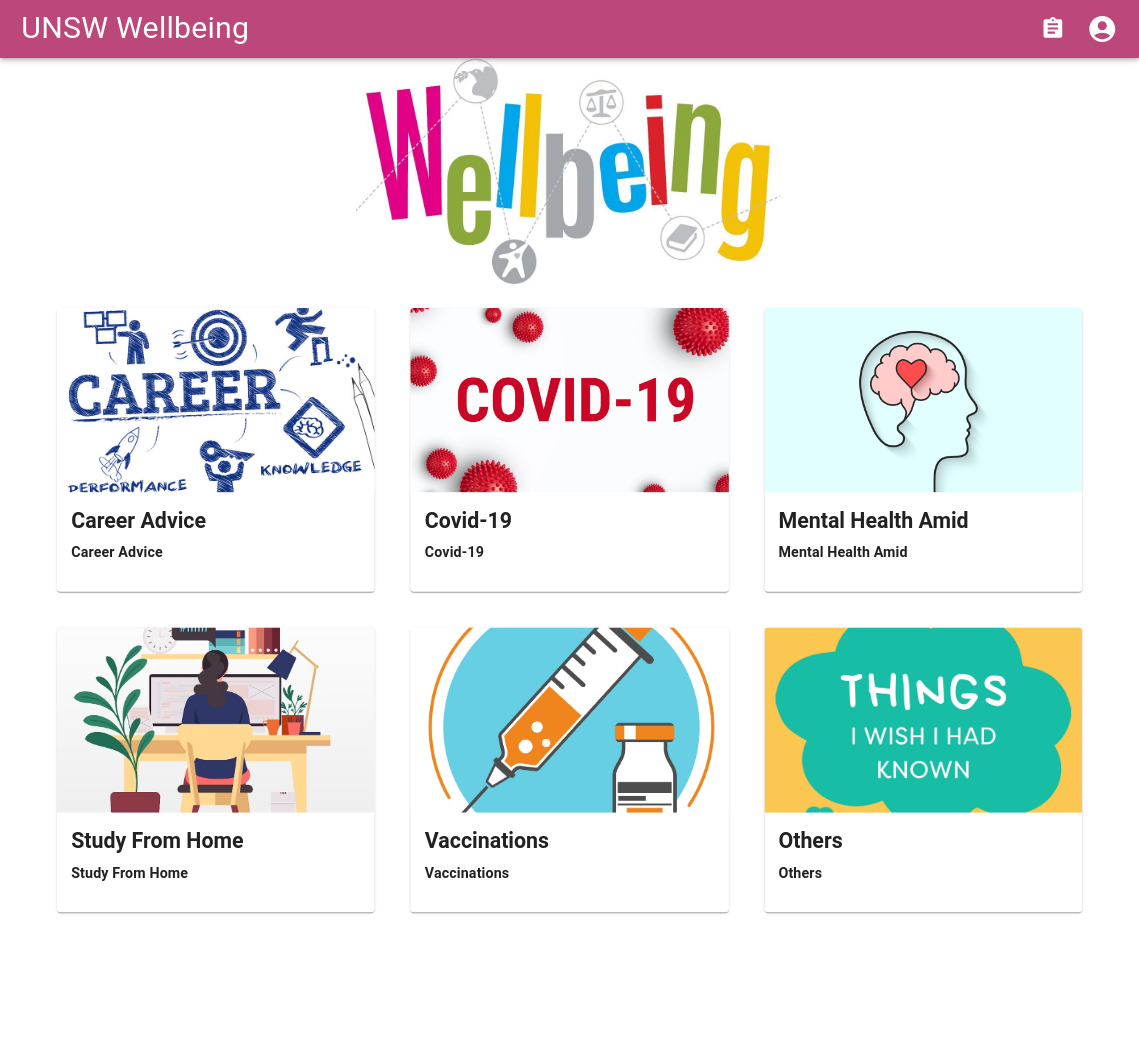
Repository: lplsz/Visionaries
Page: /student_main (app in frontend/)
An editor plug-in stored every save of this project. The page is shown before and after the next save, followed by the edit.
The browser window is 1280 px wide. The pictures show the whole page, at 89% of full size.
The project was rebuilt for these pictures with package versions that can differ from the ones it lists, and the page was loaded fresh each time. Also part of the build but not shown: frontend/src/Main.jsx, frontend/src/component/HomeCard.jsx, frontend/src/page/StudentLogin.jsx, frontend/src/page/ExpertLogin.jsx, frontend/src/page/StudentRegister.jsx, frontend/src/page/ExpertRegister.jsx.

Above is the page before, as saved 2022-06-29 01:28:57.

### frontend/src/App.jsx
import React from 'react';
import {
  BrowserRouter,
  Routes,
  Route
} from 'react-router-dom';

import HomePage from './page/HomePage.jsx';
import StudentMain from './page/StudentMain';
import ExpertMain from './page/ExpertMain';
import StudentProfile from './page/StudentProfile';
import ExpertProfile from './page/ExpertProfile';
import StudentLogin from './page/StudentLogin';
import ExpertLogin from './page/ExpertLogin.jsx';
import StudentRegister from './page/StudentRegister.jsx';
import ExpertRegister from './page/ExpertRegister.jsx';
import StudentQAList from './page/StudentQAList.jsx';

function App () {
  return (
    <BrowserRouter>
      <Routes>
        <Route path="/" element={<HomePage />} />
        <Route path="/student_register" element={<StudentRegister />} />
        <Route path="/student_login" element={<StudentLogin />} />
        <Route path="/contributor_register" element={<ExpertRegister />} />
        <Route path="/contributor_login" element={<ExpertLogin />} />
        <Route path="/student_main" element={<StudentMain />} />
        <Route path="/expert_main" element={<ExpertMain />} />
        <Route path="/student_profile" element={<StudentProfile />} />
        <Route path="/expert_profile" element={<ExpertProfile />} />
        <Route path="/student_QA_list" element={<StudentQAList />} />
      </Routes>
    </BrowserRouter>
  );
}

export default App;

### frontend/src/page/HomePage.jsx
/* eslint-disable no-unused-vars */
import React from 'react';
import CssBaseline from '@mui/material/CssBaseline';
import Grid from '@mui/material/Grid';
import Typography from '@mui/material/Typography';
import GlobalStyles from '@mui/material/GlobalStyles';
import Container from '@mui/material/Container';
import { useNavigate } from 'react-router-dom';
import { Copyright } from '../Main';
import HomeCard from '../component/HomeCard';
import LoginIcon from '@mui/icons-material/Login';
import AssignmentIndIcon from '@mui/icons-material/AssignmentInd';
import background from './img/background.jpg'

const tiers = [
  {
    icon: <LoginIcon fontSize="large" color="success"/>,
    title: 'Student',
    buttonText1: 'Sign up your account',
    buttonText2: 'Register for free',
    buttonVariant: 'outlined',
    navigator1: '/student_login',
    navigator2: '/student_register'
  },
  {
    icon: <AssignmentIndIcon fontSize="large" color="secondary"/>,
    title: 'Expert',
    buttonText1: 'Sign up your account',
    buttonText2: 'Register for free',
    buttonVariant: 'outlined',
    navigator1: '/Expert_login',
    navigator2: '/Expert_register'
  },
];

function HomePage () {
  const navigate = useNavigate();
  return (
    <div style = {{backgroundImage: `url(${background})`, backgroundSize: '100% 100%'}}>
      <GlobalStyles styles={{ ul: { margin: 0, padding: 0, listStyle: 'none' } }} />
      <CssBaseline />
      <Container disableGutters maxWidth="sm" component="main" sx={{ pt: 8, pb: 6 }}>
        <Typography
          component="h1"
          variant="h1"
          align="center"
          color="white"
          gutterBottom
        >
          Welcome to Visionaries!
        </Typography>
      </Container>
      <Container maxWidth="md" component="main">
        <Grid container spacing={5} alignItems="flex-end">
          {tiers.map((tier, index) => <HomeCard key={index} tier={tier} navigate={navigate} />)}
        </Grid>
      </Container>

      <Container
        maxWidth="md"
        component="footer"
        sx={{
          mt: 8,
          py: [3, 6],
        }}
      >
      </Container>
    </div>
  );
}

export default HomePage;

### frontend/src/page/StudentMain.jsx
/* eslint-disable no-unused-vars */
import * as React from 'react';
import CssBaseline from '@mui/material/CssBaseline';
import Container from '@mui/material/Container';
import Typography from '@mui/material/Typography';
import Grid from '@mui/material/Grid';
import StudentHeader from '../component/StudentHeader';
import GlobalStyles from '@mui/material/GlobalStyles';
import { useNavigate } from 'react-router-dom';
import QACard from '../component/QACard';
import CareerAdvice from './img/career_advice.jpg';
import COVID19 from './img/covid-19.jpg';
import MentalHealth from './img/mental_health_amid.jpg';
import Others from './img/others.jpg';
import StudyFromHome from './img/study_from_home.jpg';
import Vaccinations from './img/vaccinations.jpg';
import WellBeing from '../component/img/well-being.jpg';

const categories = [
    {
        id: 0,
        category_name: 'Career Advice',
        category_image_url: CareerAdvice,
        category_description: 'Career Advice',
    },
    {
        id: 1,
        category_name: 'Covid-19',
        category_image_url: COVID19,
        category_description: 'Covid-19',
    },
    {
        id: 2,
        category_name: 'Mental Health Amid',
        category_image_url: MentalHealth,
        category_description: 'Mental Health Amid',
    },
    {
        id: 3,
        category_name: 'Study From Home',
        category_image_url: StudyFromHome,
        category_description: 'Study From Home',
    },
    {
        id: 4,
        category_name: 'Vaccinations',
        category_image_url: Vaccinations,
        category_description: 'Vaccinations',
    },
    {
        id: 5,
        category_name: 'Others',
        category_image_url: Others,
        category_description: 'Others',
    },
];

const StudentMain = () => {

    const navigate = useNavigate();

    const CategoryCard = () => {
        const cards = categories.map((c, i) => {
            const cProp = {
                id: c.id,
                category_name: c.category_name,
                category_image_url: c.category_image_url,
                category_description: c.category_description,
                key: i
            };
            return (
                <QACard category={cProp} key={i}></QACard>
            )
        });
        return (
            <Grid container spacing={5}>
                {cards}
            </Grid>
        )
    }

    return (
        <div style = {{backgroundSize: '100% 100%'}}>
            <GlobalStyles styles={{ ul: { margin: 0, padding: 0, listStyle: 'none' } }} />
            <CssBaseline />
            <StudentHeader />
            <Container disableGutters maxWidth="sm" component="main" sx={{ textAlign: 'center' }}>
                <img width="80%"
                    height="30%"
                    src={WellBeing}
                    alt={"recipe_image"} />
            </Container>
            <Container maxWidth="lg" component="main"  sx={{paddingTop: '20px'}}>
                {/* <Grid container spacing={5} alignItems="flex-end">
                <ContributorHomeButton url={setIcon} content={"Menage Your Recipes"} navigate={navigate} router={'/add_recipe'}/>
                <ContributorHomeButton url={addIcon} content={"Creat New Recipe"} navigate={navigate} router={'/add_recipe'}/>
                </Grid> */}
                {/* <Container sx={{ py: 8 }}></Container> */}
                <CategoryCard />
            </Container>

            <Container
                maxWidth="md"
                component="footer"
                sx={{
                mt: 8,
                py: [3, 6],
                }}
            >
            </Container>
        </div>
    );
}
export default StudentMain;

### frontend/src/page/ExpertMain.jsx
const ExpertMain = () => {

}
export default ExpertMain;

### frontend/src/page/StudentProfile.jsx
const StudentProfile = () => {

}
export default StudentProfile;

### frontend/src/page/ExpertProfile.jsx
const ExpertProfile = () => {

}
export default ExpertProfile;

### frontend/src/page/StudentQAList.jsx
const StudentQAList = () => {

}
export default StudentQAList;

### frontend/src/component/StudentHeader.jsx
/* eslint-disable no-unused-vars */
import * as React from 'react';
import AppBar from '@mui/material/AppBar';
import Box from '@mui/material/Box';
import Toolbar from '@mui/material/Toolbar';
import IconButton from '@mui/material/IconButton';
import Typography from '@mui/material/Typography';
import MenuItem from '@mui/material/MenuItem';
import Menu from '@mui/material/Menu';
import AccountCircle from '@mui/icons-material/AccountCircle';
import AssignmentIcon from '@mui/icons-material/Assignment';
import { createTheme,ThemeProvider } from '@mui/material/styles';
import Divider from '@mui/material/Divider';
import StarIcon from '@mui/icons-material/Star';
import CardMedia from '@mui/material/CardMedia';
import { useNavigate } from 'react-router-dom';
import { apiCall } from '../Main';

const theme = createTheme({
  palette: {
    primary: {
      light: '#33ab9f',
      main: '#e57373',
      dark: '#00695f',
      contrastText: '#fff',
    },
    secondary: {
      light: '#ff7961',
      main: '#ffea00',
      dark: '#ba000d',
      contrastText: '#000',
    },
  },

});

export default function ExplorerHeader() {
  const [anchorEl, setAnchorEl] = React.useState(null);
  const isMenuOpen = Boolean(anchorEl);
  const navigate = useNavigate();
  const sid = localStorage.getItem('sid');
  console.log((sid==null), 'sid');
  const handleProfileMenuOpen = (event) => {
    setAnchorEl(event.currentTarget);
  };

  const handleMenuClose = () => {
    setAnchorEl(null);
  };

  const menuId = 'primary-search-account-menu';
  const RenderMenu = () => {
    return (
      <Menu
        anchorEl={anchorEl}
        anchorOrigin={{
          vertical: 'top',
          horizontal: 'right',
        }}
        id={menuId}
        keepMounted
        transformOrigin={{
          vertical: 'top',
          horizontal: 'right',
        }}
        open={isMenuOpen}
        onClose={handleMenuClose}
      >
        <MenuItem onClick={()=>{navigate('/student_profile'); handleMenuClose();}}>My Profile</MenuItem>
        <Divider />
        <MenuItem onClick={()=>{
          apiCall('student/logout', 'POST', {id: sid});
          localStorage.removeItem('sid');
          navigate('/'); handleMenuClose()}}>Logout</MenuItem>
      </Menu>
    );
  }

  const RenderMenuVisitor = () => {
    return (
      <Menu
        anchorEl={anchorEl}
        anchorOrigin={{
          vertical: 'top',
          horizontal: 'right',
        }}
        id={menuId}
        keepMounted
        transformOrigin={{
          vertical: 'top',
          horizontal: 'right',
        }}
        open={isMenuOpen}
        onClose={handleMenuClose}
      >
        <MenuItem onClick={()=>{navigate('/student_login'); handleMenuClose();}}>Log in</MenuItem>
        <Divider />
        <MenuItem onClick={()=>{navigate('/student_register'); handleMenuClose()}}>Register</MenuItem>
      </Menu>
    );
  }

    return (
        <ThemeProvider theme={theme}>
        <Box sx={{ flexGrow: 1 }}>
        <AppBar position="static" sx={
            { backgroundColor:'#bc477b', position:'relative',borderBottom: (t) => `1px solid ${t.palette.divider}`}}>
          <Toolbar>
            <Typography
              variant="h4"
              noWrap
              component="div"
              sx={{ display: { xs: 'none', sm: 'block' } }}
            >
                UNSW Wellbeing
            </Typography>
            {/* <CardMedia
            component="img"
            sx={{ width: 40 , margin:'10px'}}
            image={MainIcon}
            /> */}
            <Box sx={{ flexGrow: 1 }} />
            <Box sx={{ display: { xs: 'none', md: 'flex' } }}>
              {sid == null
              ? <IconButton
                size="large"
                aria-label="show 4 new mails"
                color="inherit"
                onClick={handleProfileMenuOpen}
              >
                <AssignmentIcon fontSize="middle"/>
              </IconButton>
              : <IconButton
                size="large"
                aria-label="show 4 new mails"
                color="inherit"
                onClick={()=>{navigate('/student_QA_list')}}
              >
              <AssignmentIcon fontSize="middle"/>
            </IconButton>  }

              {/* <IconButton
                size="large"
                color='secondary'
              >
                  <StarIcon fontSize="middle" />
              </IconButton> */}
              <IconButton
                size="large"
                edge="end"
                aria-label="account of current user"
                aria-controls={menuId}
                aria-haspopup="true"
                onClick={handleProfileMenuOpen}
                color="inherit"
              >
                <AccountCircle fontSize="large" />
              </IconButton>
            </Box>
          </Toolbar>
        </AppBar>
        {sid == null ? <RenderMenuVisitor /> : <RenderMenu/> }
      </Box>
    </ThemeProvider>
)
}

### frontend/src/component/QACard.jsx
/* eslint-disable no-undef */
/* eslint-disable no-unused-vars */
import React from 'react';
import Grid from '@mui/material/Grid';
import Card from '@mui/material/Card';
import CardActions from '@mui/material/CardActions';
import CardContent from '@mui/material/CardContent';
import CardMedia from '@mui/material/CardMedia';
import Typography from '@mui/material/Typography';
import { useNavigate } from 'react-router-dom';
import Button from '@mui/material/Button';
import IconButton from '@mui/material/IconButton';
import DeleteIcon from '@mui/icons-material/Delete';
import EditIcon from '@mui/icons-material/Edit';
import DialogTitle from '@mui/material/DialogTitle';
import DialogContent from '@mui/material/DialogContent';
import Box from '@mui/material/Box';
import DialogActions from '@mui/material/DialogActions';
import PlayArrowIcon from '@mui/icons-material/PlayArrow';
import CloseIcon from '@mui/icons-material/Close';
import StickyNote2Icon from '@mui/icons-material/StickyNote2';
import Tooltip from '@mui/material/Tooltip';
import { apiCall } from '../Main';
import defaultJpg from './img/well-being.jpg';

const QACard = (props) => {

    const navigate = useNavigate();
    const id = props.category.id;
    console.log(props.category, 'prop')
    return (
        <Grid item className="GC" key={props.category.key} xs={12} sm={6} md={4}>
            <Card sx={{ height: '100%', display: 'flex', flexDirection: 'column' }} onClick={()=> navigate('/')}>
                { props.category.category_image_url === null
                ? <CardMedia
                    componnet="img"
                    sx={{
                        // 16:9
                        pt: '58%',
                    }}
                    alt="Image of the Game"
                    image= {defaultJpg}
                    title="Image title"
                    />
                : <CardMedia
                    componnet="img"
                    sx={{
                        // 16:9
                        pt: '58%',
                    }}
                    alt="Image of the Game"
                    image= {props.category.category_image_url}
                    title="Image title"
                    />
                }
                <CardContent>
                    <Typography gutterBottom variant="h5" component="h2">
                        <strong>{props.category.category_name}</strong>
                    </Typography>
                    <Typography>
                        <strong>{props.category.category_description}</strong>
                    </Typography>
                </CardContent>
                <CardActions>
                    {/* <Button size="medium" color="primary"
                        onClick={() => {
                            navigate(`/`)
                        }}
                        endIcon={<StickyNote2Icon />}
                        variant="outlined">
                            See More Detail
                    </Button> */}
                </CardActions>
            </Card>
        </Grid>
    );
}

export default QACard;

Loaded but not shown: frontend/public/index.html (common file); frontend/src/index.jsx (common file); frontend/src/index.css (common file)

After the next save:
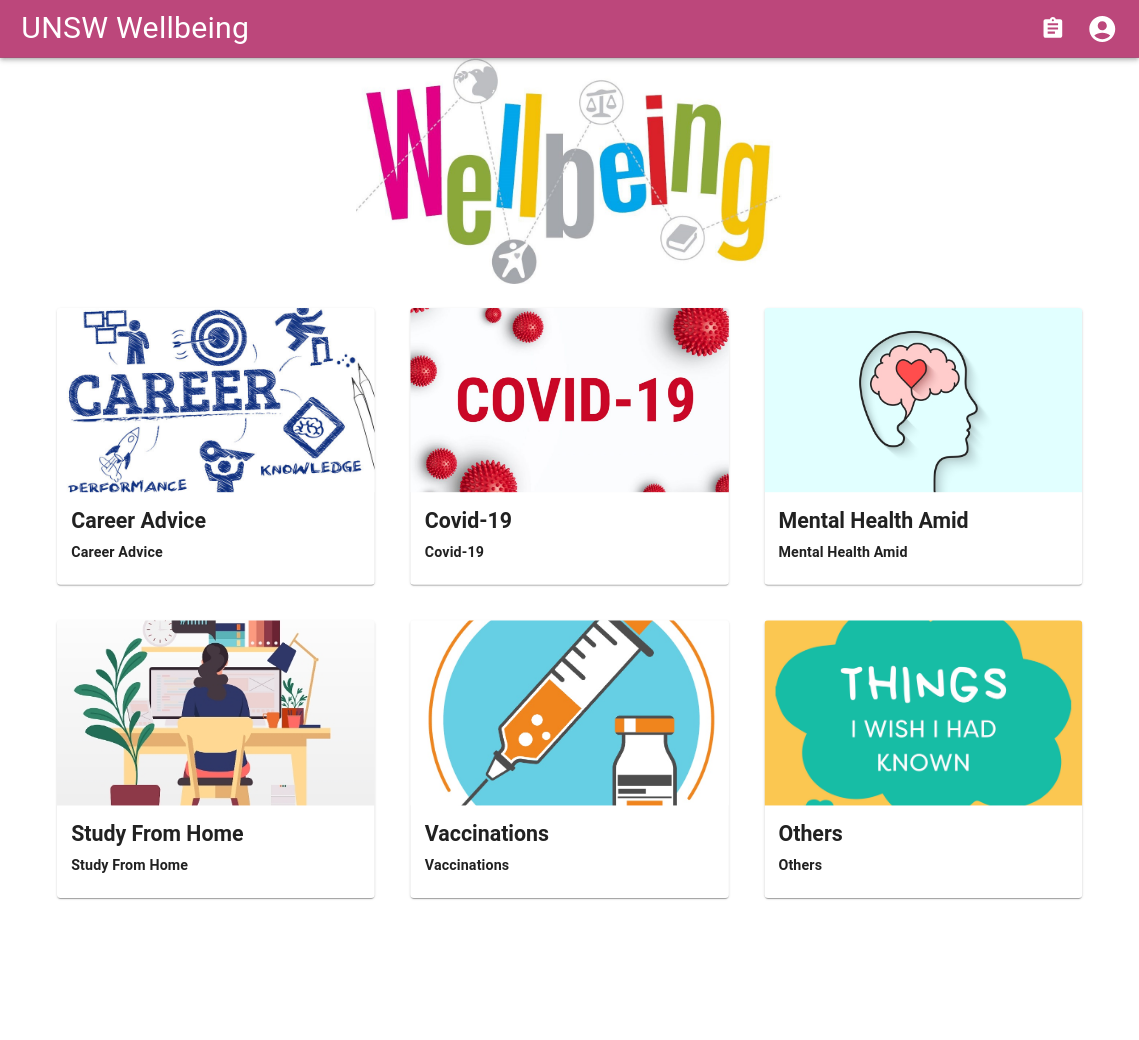
Saved 58 s later.
--- a/frontend/src/component/QACard.jsx
+++ b/frontend/src/component/QACard.jsx
@@ -61,16 +61,6 @@
                         <strong>{props.category.category_description}</strong>
                     </Typography>
                 </CardContent>
-                <CardActions>
-                    {/* <Button size="medium" color="primary"
-                        onClick={() => {
-                            navigate(`/`)
-                        }}
-                        endIcon={<StickyNote2Icon />}
-                        variant="outlined">
-                            See More Detail
-                    </Button> */}
-                </CardActions>
             </Card>
         </Grid>
     );
